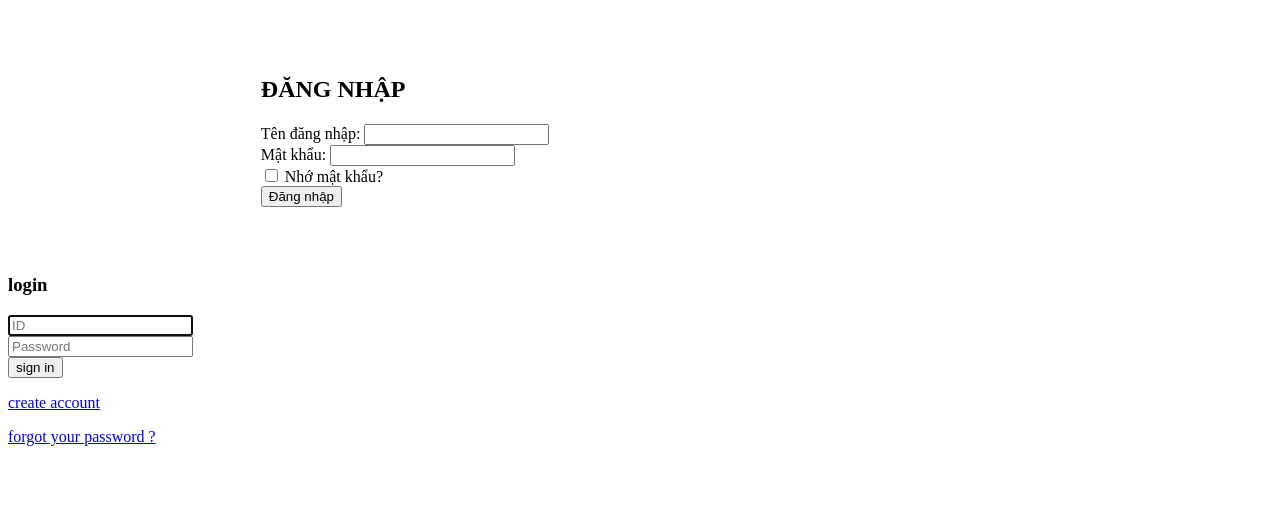
Repository: nguyengiabao245/NHOM3_C2
Page: http://localhost/DoAnJava/WEB-INF/views/account/login.jsp
The author's editor kept a copy of each file at every save. The page is drawn from the files as they stood at one save, then again after the next save.
The browser window is 1280 px wide. The pictures show the whole page.
The page is served by Tomcat 9. Nobody is signed in. Other server files are loaded and not shown. The template is opened directly, without the code that normally fills it, so the values that code supplies are empty.

Above is the page before, as saved 2022-05-15 10:54:42.

### DoAnJava/src/main/webapp/WEB-INF/views/account/login.jsp
<%@ page pageEncoding="utf-8"%>

<br/>
<div class="container">
	<div class="dang-nhap">
		<h2>ĐĂNG NHẬP</h2>
		<h4  class="label label-danger">${message}</h4>
		<form action="/account/login" method="post">
			<div class="form-group">
				<label>Tên đăng nhập:</label> <input name="id" class="form-control"
					value="${uid}" />
			</div>
			<div class="form-group">
				<label>Mật khẩu:</label> <input name="pw" type="password"
					class="form-control" value="${pwd}" />
			</div>
			<div class="form-group">
				<input name="rm" type="checkbox" /> <label>Nhớ mật khẩu?</label>
			</div>
			<div class="form-group">
				<button class="btn btn-success">Đăng nhập</button>
			</div>
		</form>
	</div>
</div>

<div id="container">
        <div class="userauth">
    <div class="userauth__inner">
    <h4  class="label label-danger">${message}</h4>
        <h3 class="text-center text-uper font-700 fs-30 mgB-45">login</h3>
        <form class="form-horizontal" role="form" method="post" action="/account/login">
            <div class="frm-item">
                <input class="form-control" name="id" value="${uid}" placeholder="ID" required autofocus >
                                    <span class="help-block">
                    </span>
                            </div>
            <div class="frm-item">
                <input class="form-control" name="pw" type="password" value="${pwd}" placeholder="Password"  required>
                            </div>
            <div class="frm-item">
                <button type="submit" class="userauth__btn">sign in</button>
            </div>
        </form>
        <div class="text-center mgT-40">
            <p class="font-500 fs-16 text-uper mgB-10 text-decor"><a href="https://www.glab.vn/register">create account</a></p>
            <p class="font-500 fs-16 text-uper text-decor"><a href="https://www.glab.vn/password/forgot">forgot your password ?</a></p>
        </div>
    </div>
</div>
    </div>

<style>
.dang-nhap{
	background-color: white;
	padding: 30px 120px;
	margin: 0 auto;
	width: 60%;
}
</style>

After the next save:
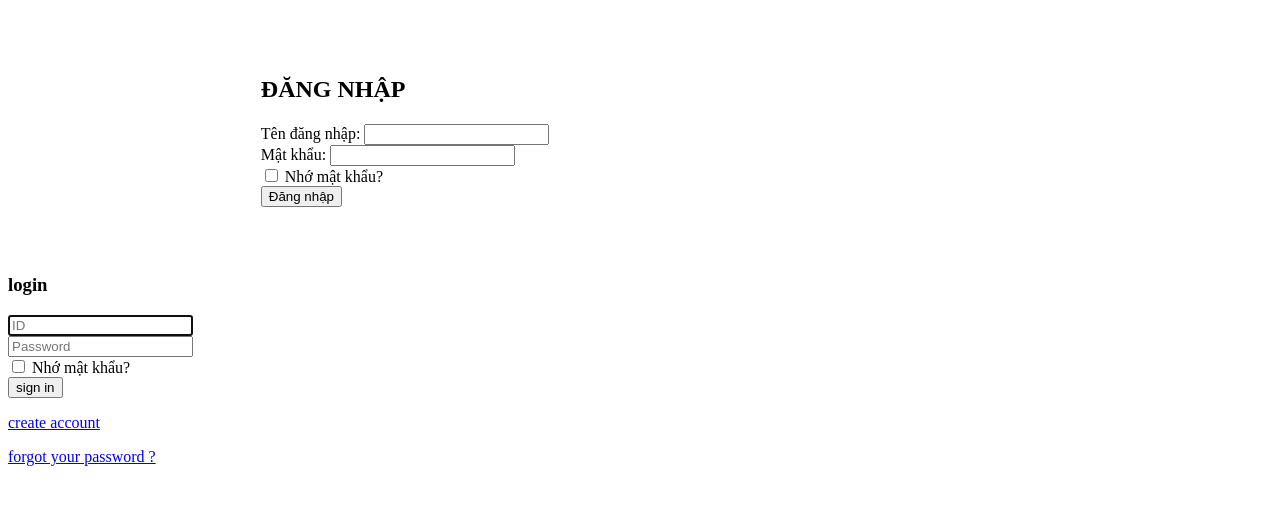
Saved 32 s later.
--- a/DoAnJava/src/main/webapp/WEB-INF/views/account/login.jsp
+++ b/DoAnJava/src/main/webapp/WEB-INF/views/account/login.jsp
@@ -39,6 +39,9 @@
                 <input class="form-control" name="pw" type="password" value="${pwd}" placeholder="Password"  required>
                             </div>
             <div class="frm-item">
+                            <input name="rm" type="checkbox" /> <label>Nhớ mật khẩu?</label>
+                            </div>
+            <div class="frm-item">
                 <button type="submit" class="userauth__btn">sign in</button>
             </div>
         </form>
